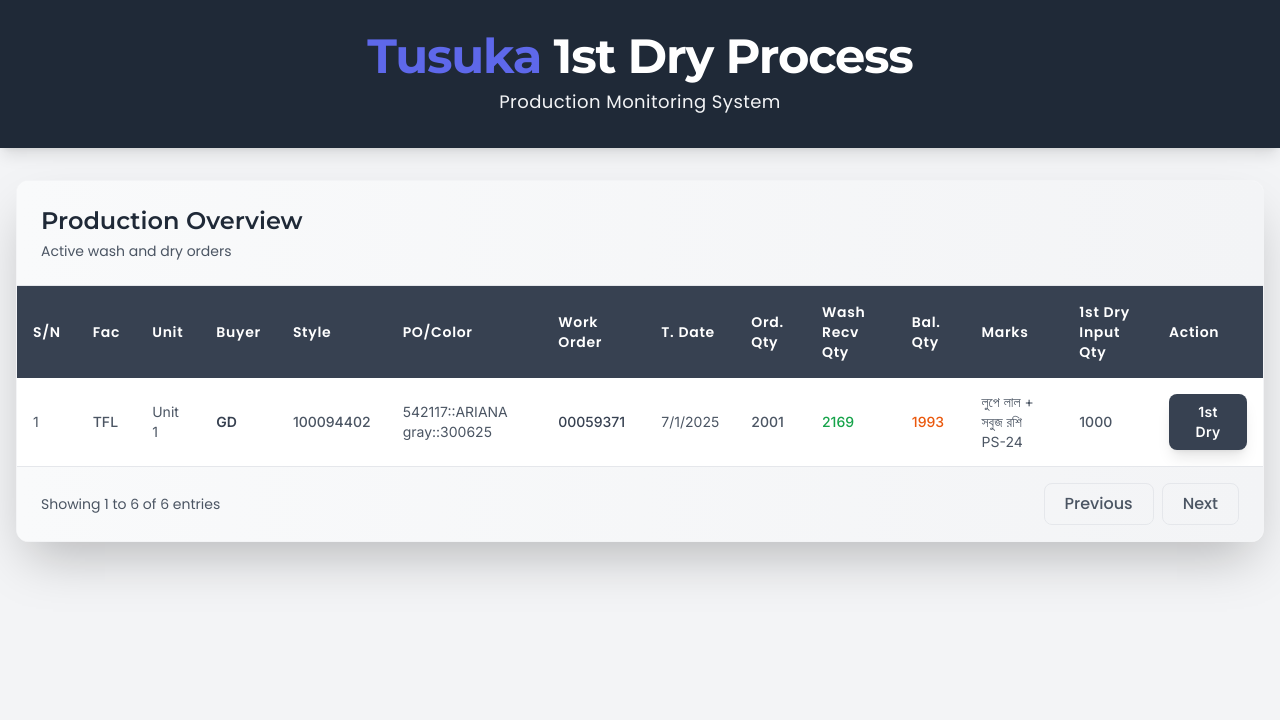
Repository: AhmedMuktadir14218/TusukaDryWash
Page: 1st Dry/index.html
The author's editor kept a copy of each file at every save. The page is drawn from the files as they stood at one save, then again after the next save.
The browser window is 1280 px wide. The pictures show the whole page.
Some web libraries are served in a nearby version.

Above is the page before, as saved 2025-06-29 17:17:20.

After the next save:
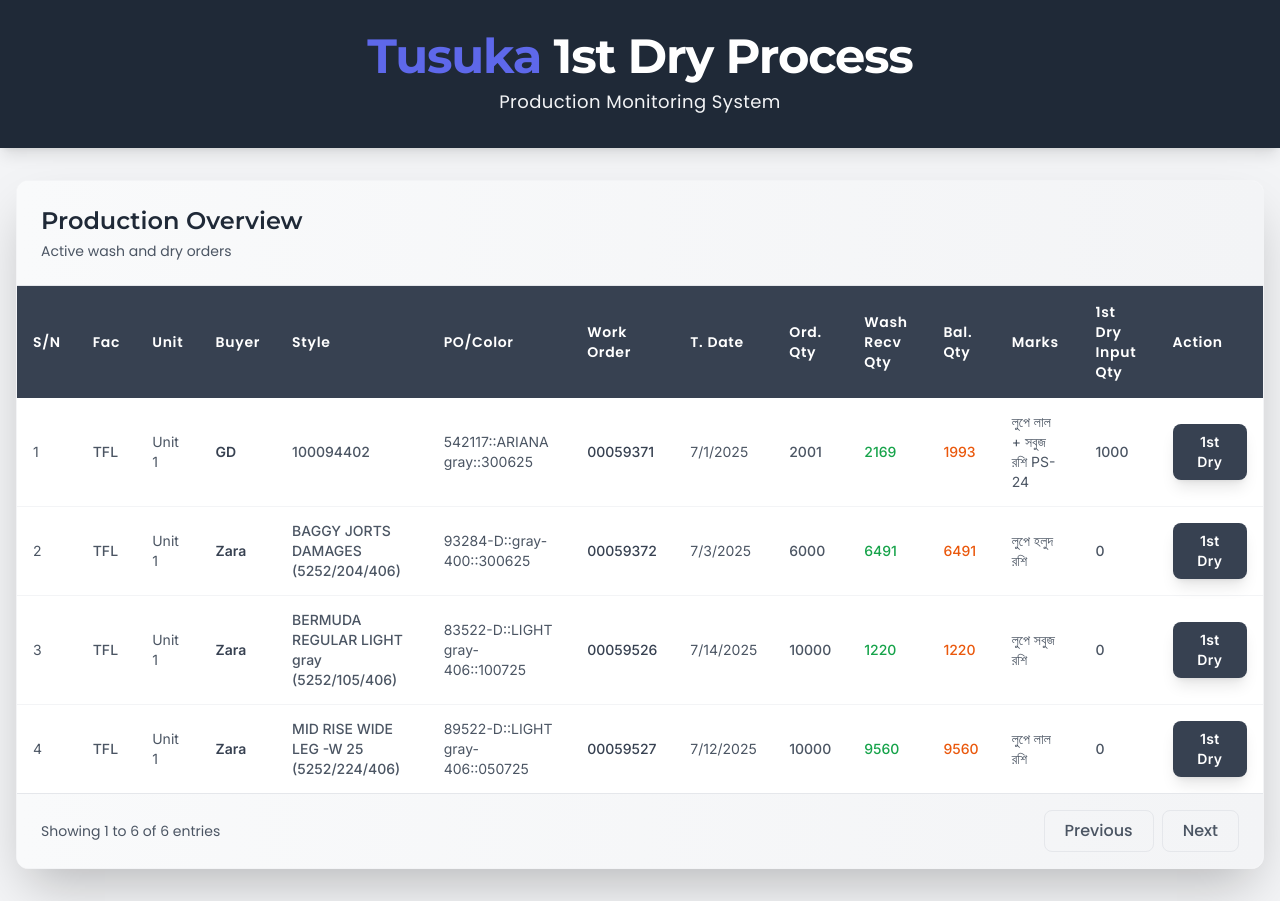
Saved 19 s later.
--- a/1st Dry/index.html
+++ b/1st Dry/index.html
@@ -64,7 +64,66 @@
                                 </button>
                             </td>
                         </tr>
-                        <!-- Additional rows here -->
+                        <tr class="hover:bg-gray-50 transition-all duration-200" data-qty="0" data-processes='[]'>
+    <td class="px-4 py-3.5 text-gray-600" data-label="S/N">2</td>
+    <td class="px-4 py-3.5 text-gray-600 font-medium" data-label="Fac">TFL</td>
+    <td class="px-4 py-3.5 text-gray-600" data-label="Unit">Unit 1</td>
+    <td class="px-4 py-3.5 font-semibold text-gray-700" data-label="Buyer">Zara</td>
+    <td class="px-4 py-3.5 text-gray-600 font-medium" data-label="Style">BAGGY JORTS DAMAGES (5252/204/406)</td>
+    <td class="px-4 py-3.5 text-gray-600" data-label="PO/Color">93284-D::gray-400::300625</td>
+    <td class="px-4 py-3.5 text-gray-700 font-medium" data-label="Work Order">00059372</td>
+    <td class="px-4 py-3.5 text-gray-600" data-label="T. Date">7/3/2025</td>
+    <td class="px-4 py-3.5 text-gray-600 font-medium" data-label="Ord. Qty">6000</td>
+    <td class="px-4 py-3.5 font-medium text-green-600" data-label="Wash Recv Qty">6491</td>
+    <td class="px-4 py-3.5 font-medium text-orange-600" data-label="Bal. Qty">6491</td>
+    <td class="px-4 py-3.5 text-gray-600" data-label="Marks">লুপে হলুদ রশি</td>
+    <td class="px-4 py-3.5 font-medium text-gray-600" data-label="1st Dry Input Qty">0</td>
+    <td class="px-4 py-3.5">
+        <button class="open-modal-btn bg-gray-700 hover:bg-gray-800 text-white px-6 py-2 rounded-lg text-sm font-semibold tracking-wide transition-all duration-200 shadow-lg hover:shadow-xl transform hover:-translate-y-0.5">
+            1st Dry
+        </button>
+    </td>
+</tr>
+<tr class="hover:bg-gray-50 transition-all duration-200" data-qty="0" data-processes='[]'>
+    <td class="px-4 py-3.5 text-gray-600" data-label="S/N">3</td>
+    <td class="px-4 py-3.5 text-gray-600 font-medium" data-label="Fac">TFL</td>
+    <td class="px-4 py-3.5 text-gray-600" data-label="Unit">Unit 1</td>
+    <td class="px-4 py-3.5 font-semibold text-gray-700" data-label="Buyer">Zara</td>
+    <td class="px-4 py-3.5 text-gray-600 font-medium" data-label="Style">BERMUDA REGULAR LIGHT gray (5252/105/406)</td>
+    <td class="px-4 py-3.5 text-gray-600" data-label="PO/Color">83522-D::LIGHT gray-406::100725</td>
+    <td class="px-4 py-3.5 text-gray-700 font-medium" data-label="Work Order">00059526</td>
+    <td class="px-4 py-3.5 text-gray-600" data-label="T. Date">7/14/2025</td>
+    <td class="px-4 py-3.5 text-gray-600 font-medium" data-label="Ord. Qty">10000</td>
+    <td class="px-4 py-3.5 font-medium text-green-600" data-label="Wash Recv Qty">1220</td>
+    <td class="px-4 py-3.5 font-medium text-orange-600" data-label="Bal. Qty">1220</td>
+    <td class="px-4 py-3.5 text-gray-600" data-label="Marks">লুপে সবুজ রশি</td>
+    <td class="px-4 py-3.5 font-medium text-gray-600" data-label="1st Dry Input Qty">0</td>
+    <td class="px-4 py-3.5">
+        <button class="open-modal-btn bg-gray-700 hover:bg-gray-800 text-white px-6 py-2 rounded-lg text-sm font-semibold tracking-wide transition-all duration-200 shadow-lg hover:shadow-xl transform hover:-translate-y-0.5">
+            1st Dry
+        </button>
+    </td>
+</tr>
+<tr class="hover:bg-gray-50 transition-all duration-200" data-qty="0" data-processes='[]'>
+    <td class="px-4 py-3.5 text-gray-600" data-label="S/N">4</td>
+    <td class="px-4 py-3.5 text-gray-600 font-medium" data-label="Fac">TFL</td>
+    <td class="px-4 py-3.5 text-gray-600" data-label="Unit">Unit 1</td>
+    <td class="px-4 py-3.5 font-semibold text-gray-700" data-label="Buyer">Zara</td>
+    <td class="px-4 py-3.5 text-gray-600 font-medium" data-label="Style">MID RISE WIDE LEG -W 25 (5252/224/406)</td>
+    <td class="px-4 py-3.5 text-gray-600" data-label="PO/Color">89522-D::LIGHT gray-406::050725</td>
+    <td class="px-4 py-3.5 text-gray-700 font-medium" data-label="Work Order">00059527</td>
+    <td class="px-4 py-3.5 text-gray-600" data-label="T. Date">7/12/2025</td>
+    <td class="px-4 py-3.5 text-gray-600 font-medium" data-label="Ord. Qty">10000</td>
+    <td class="px-4 py-3.5 font-medium text-green-600" data-label="Wash Recv Qty">9560</td>
+    <td class="px-4 py-3.5 font-medium text-orange-600" data-label="Bal. Qty">9560</td>
+    <td class="px-4 py-3.5 text-gray-600" data-label="Marks">লুপে লাল রশি</td>
+    <td class="px-4 py-3.5 font-medium text-gray-600" data-label="1st Dry Input Qty">0</td>
+    <td class="px-4 py-3.5">
+        <button class="open-modal-btn bg-gray-700 hover:bg-gray-800 text-white px-6 py-2 rounded-lg text-sm font-semibold tracking-wide transition-all duration-200 shadow-lg hover:shadow-xl transform hover:-translate-y-0.5">
+            1st Dry
+        </button>
+    </td>
+</tr>
                     </tbody>
                 </table>
             </div>
